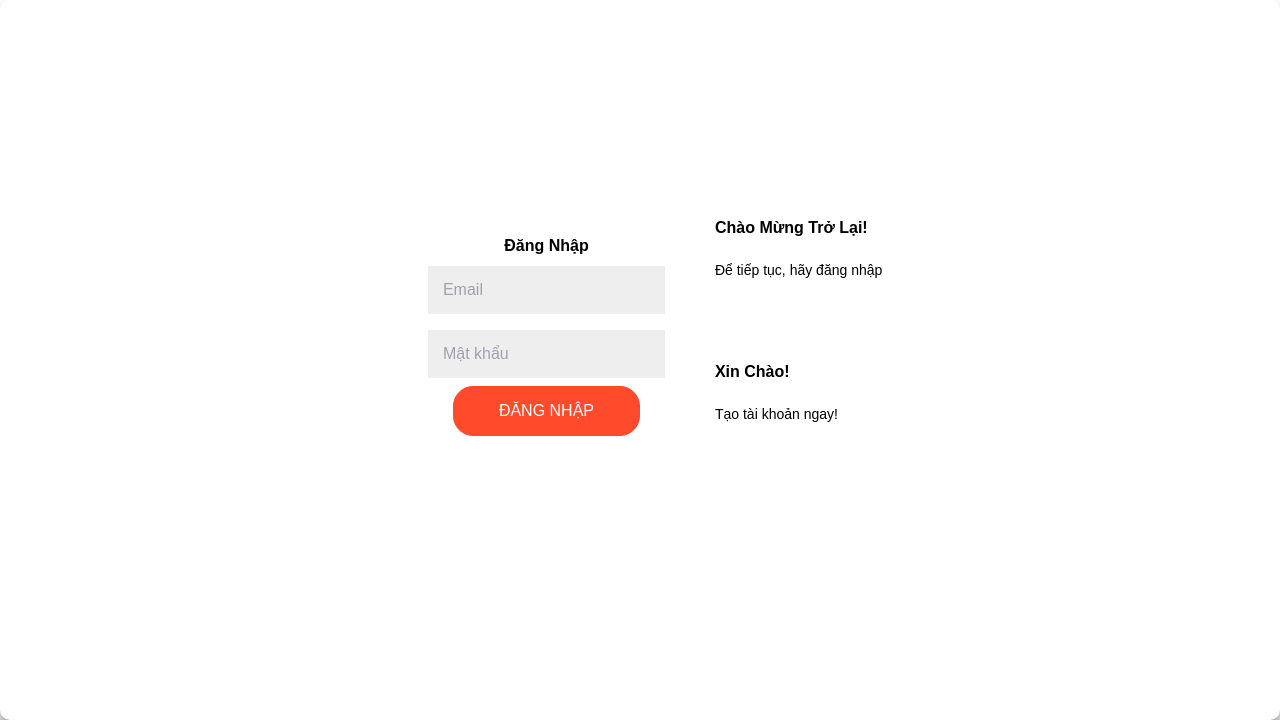
Repository: BlackWolf2002/project_airbn_react
Page: /
An editor plug-in stored every save of this project. The page is shown before and after the next save, followed by the edit.
The browser window is 1280 px wide. The pictures show the whole page.
The project was rebuilt for these pictures with package versions that can differ from the ones it lists, and the page was loaded fresh each time. Also part of the build but not shown: vite.config.js.

Above is the page before, as saved 2025-02-04 23:36:12.

### src/App.jsx
// import React from 'react';
// import { Header } from './Header';
// import Card from './Card';
// import ViTriView from './models/vitriview';

// function App() {
//   const viTri = new ViTriView(1, 'Sài Gòn (TP.HCM)', 'Hồ Chí Minh', 'Việt Nam', 'https://vietnambooking.com/wp-content/uploads/2017/01/du-lich-sai-gon-1.jpg');

//   return (
//     <>
//       <div>
//         <Header />
//         <div>
//           <Card viTri={viTri} />
//         </div>
//       </div>
//     </>
//   );
// }

// export default App;

import React from "react";
import Login from "./components/Login";

function App() {
    return (
        <div>
            <Login />
        </div>
    );
}

export default App;

### src/components/Login.jsx
import { useState } from "react";
import { login, register } from "../api/authService";
import "../style/Login.css";

const Login = () => {
    const [formData, setFormData] = useState({
        email: "",
        password: "",
        name: "",
        phone: "",
        birthday: "",
        gender: true,
    });
    const [isLogin, setIsLogin] = useState(true);
    const [message, setMessage] = useState("");

    const handleChange = (e) => {
        setFormData({ ...formData, [e.target.name]: e.target.value });
    };

    const handleSubmit = async (e) => {
        e.preventDefault();
        try {
            if (isLogin) {
                const data = await login(formData.email, formData.password);
                localStorage.setItem("token", data.token);
                setMessage("Đăng nhập thành công!");
            } else {
                await register(formData);
                setMessage("Đăng ký thành công! Hãy đăng nhập.");
                setIsLogin(true);
            }
        } catch (error) {
            setMessage(error.message || "Có lỗi xảy ra!");
        }
    };

    return (
        <div className="container-login">
            <div
                className={`form-container ${
                    isLogin ? "sign-in-container" : "sign-up-container"
                }`}
            >
                <form onSubmit={handleSubmit}>
                    <h1>{isLogin ? "Đăng Nhập" : "Đăng Ký"}</h1>
                    {!isLogin && (
                        <>
                            <input
                                type="text"
                                name="name"
                                placeholder="Tên"
                                onChange={handleChange}
                                required
                            />
                            <input
                                type="text"
                                name="phone"
                                placeholder="Số điện thoại"
                                onChange={handleChange}
                                required
                            />
                            <input
                                type="date"
                                name="birthday"
                                onChange={handleChange}
                                required
                            />
                            <select name="gender" onChange={handleChange}>
                                <option value={true}>Nam</option>
                                <option value={false}>Nữ</option>
                            </select>
                        </>
                    )}
                    <input
                        type="email"
                        name="email"
                        placeholder="Email"
                        onChange={handleChange}
                        required
                    />
                    <input
                        type="password"
                        name="password"
                        placeholder="Mật khẩu"
                        onChange={handleChange}
                        required
                    />
                    <button type="submit">
                        {isLogin ? "Đăng Nhập" : "Đăng Ký"}
                    </button>
                    <p className="message">{message}</p>
                </form>
            </div>

            <div className="overlay-container">
                <div className="overlay">
                    <div className="overlay-panel overlay-left">
                        <h1>Chào Mừng Trở Lại!</h1>
                        <p>Để tiếp tục, hãy đăng nhập</p>
                        <button
                            className="ghost"
                            onClick={() => setIsLogin(true)}
                        >
                            Đăng Nhập
                        </button>
                    </div>
                    <div className="overlay-panel overlay-right">
                        <h1>Xin Chào!</h1>
                        <p>Tạo tài khoản ngay!</p>
                        <button
                            className="ghost"
                            onClick={() => setIsLogin(false)}
                        >
                            Đăng Ký
                        </button>
                    </div>
                </div>
            </div>
        </div>
    );
};

export default Login;

### src/api/authService.js
import axios from "axios";

const API_URL = "https://airbnbnew.cybersoft.edu.vn/api/auth";

// Hàm đăng nhập
export const login = async (email, password) => {
    try {
        const response = await axios.post(`${API_URL}/signin`, {
            email,
            password,
        });
        return response.data; // Trả về dữ liệu người dùng và token
    } catch (error) {
        throw error.response ? error.response.data : error;
    }
};

// Hàm đăng ký
export const register = async (userData) => {
    try {
        const response = await axios.post(`${API_URL}/signup`, userData);
        return response.data; //Trả về thông tin đăng ký thành công
    } catch (error) {
        throw error.response ? error.response.data : error;
    }
};

### src/style/Login.css
.container-login {
    background-color: #fff;
    border-radius: 10px;
    box-shadow: 0 14px 28px rgba(0, 0, 0, 0.25), 0 10px 10px rgba(0, 0, 0, 0.22);
    position: relative;
    overflow: hidden;
    max-width: 100%;
    min-height: 480px;
    font-family: "Monserrat", sans-serif;
    height: 100vh;
    display: flex;
    align-items: center;
    justify-content: center;
}

.container-login h1 {
    font-weight: bold;
    margin: 0;
}

.container-login p {
    font-size: 14px;
    font-weight: 100;
    line-height: 20px;
    margin: 20px 0 30px;
}

.container-login button {
    border-radius: 20px;
    border: 1px solid #ff4b2b;
    background-color: #ff4b2b;
    color: #ffffff;
    padding: 12px 45px;
    text-transform: uppercase;
    transition: transform 80ms ease-in;
}

.container-login button.ghost {
    background-color: transparent;
    border-color: #ffffff;
}

.container-login form {
    background-color: #ffffff;
    display: flex;
    align-items: center;
    justify-content: center;
    flex-direction: column;
    padding: 0 50px;
    height: 100%;
    text-align: center;
}

.container-login input {
    background-color: #eee;
    border: none;
    padding: 12px 15px;
    margin: 8px 0;
    width: 100%;
}

### tailwind.config.js
/** @type {import('tailwindcss').Config} */
export default {
  content: ["./src/**/*.{js,jsx,ts,tsx}"],
  theme: {
      extend: {},
  },
  plugins: [],
};

Loaded but not shown: index.html (common file); src/main.jsx (common file); src/index.css (common file)

After the next save:
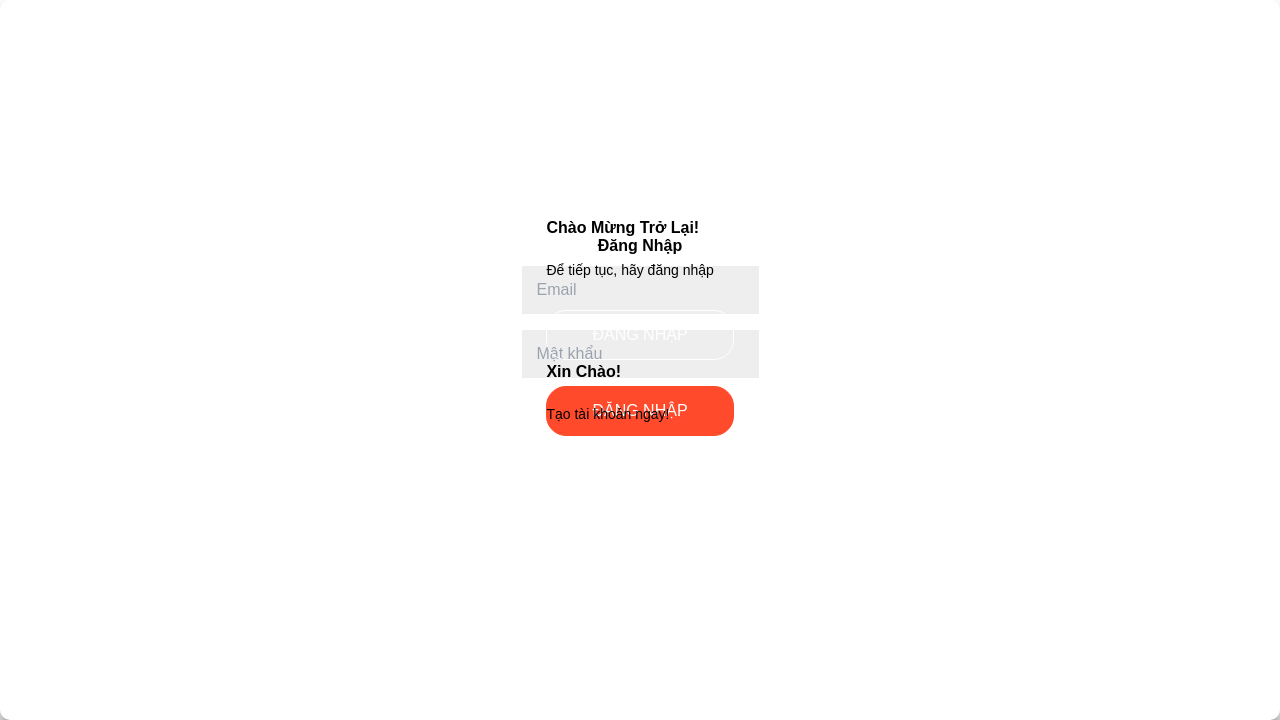
Saved 12 s later.
--- a/src/style/Login.css
+++ b/src/style/Login.css
@@ -58,3 +58,7 @@
     margin: 8px 0;
     width: 100%;
 }
+
+.overlay-container {
+    position: absolute;
+}
